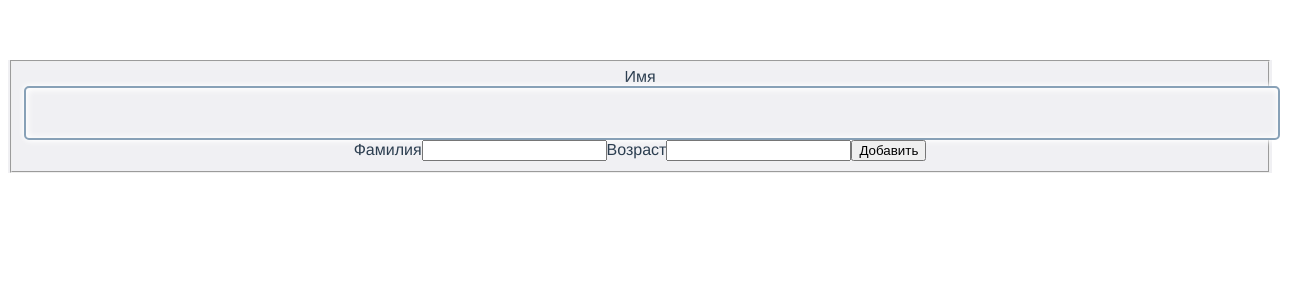
Repository: shum89/test-vue-table
Page: /
The author's editor kept a copy of each file at every save. The page is drawn from the files as they stood at one save, then again after the next save.
The browser window is 1280 px wide. The page is 1280 px wide, then 1290 px, so the pictures cover 1290 px, including what lies to the right of the window. The pictures show the whole page.
The first visible `.form__input` has the focus.
The project was rebuilt for these pictures with package versions that can differ from the ones it lists, and the page was loaded fresh each time. Also part of the build but not shown: vue.config.js.

Above is the page before, as saved 2021-07-18 13:56:11.

After the next save:
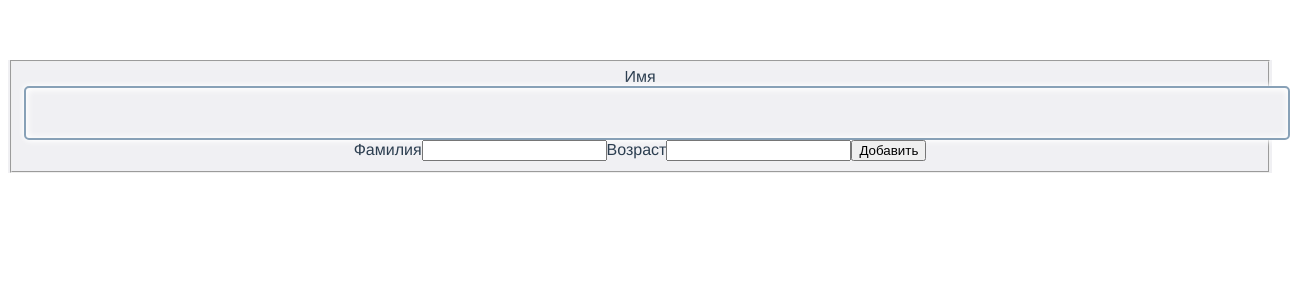
Saved 26 s later.
--- a/src/components/Form.vue
+++ b/src/components/Form.vue
@@ -59,6 +59,5 @@ export default {
     1px 1px 6px #ffffff, -1px -1px 6px rgba(255, 255, 255, 0.7);
   border: 2px solid #88a1b7;
   outline: 0;
-  padding-left: 5px;
 }
 </style>
